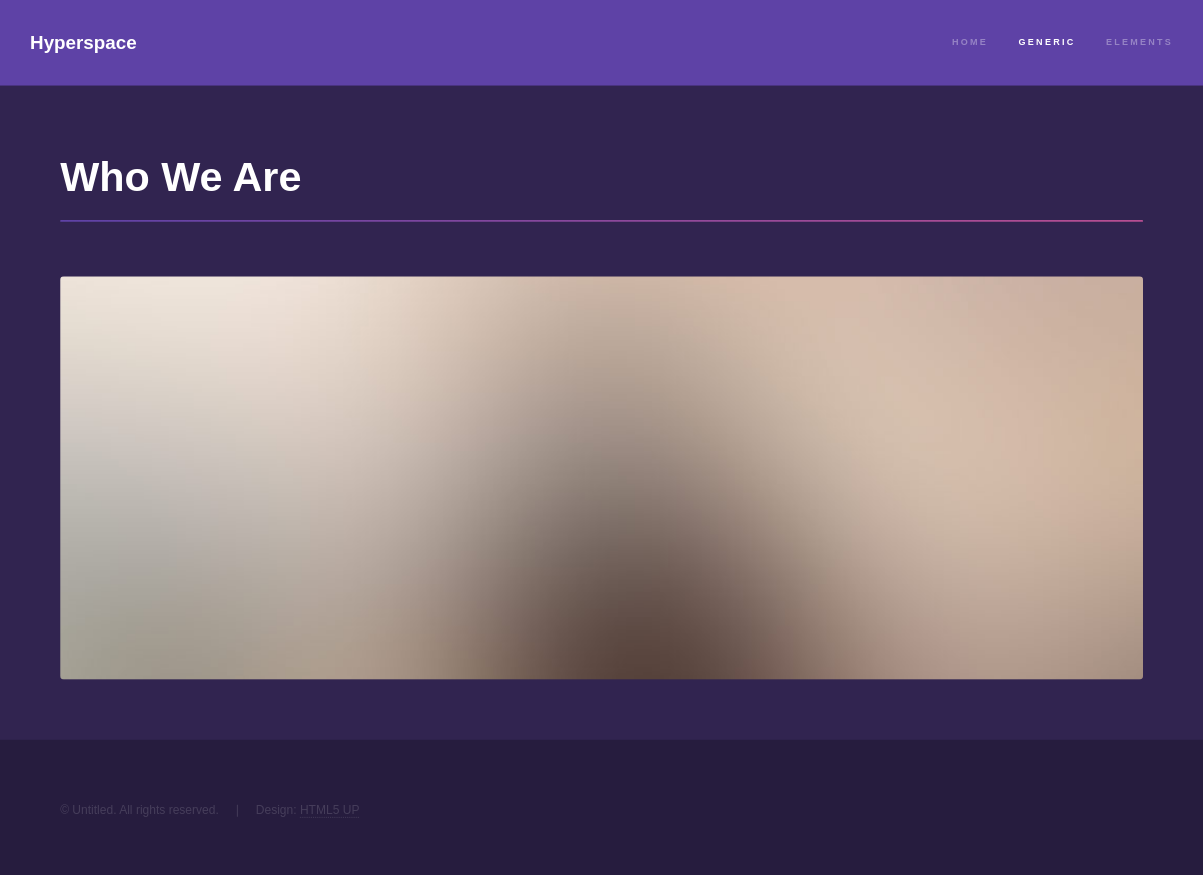
Repository: nocnoc94/nocnoc94.github.io
Page: who-we-are.html
The author's editor kept a copy of each file at every save. The page is drawn from the files as they stood at one save, then again after a run of saves.
The browser window is 1280 px wide. The pictures show the whole page, at 94% of full size.

Above is the page before, as saved 2024-02-21 22:19:40.

### who-we-are.html
<!DOCTYPE HTML>
<!--
	Hyperspace by HTML5 UP
	html5up.net | @ajlkn
	Free for personal and commercial use under the CCA 3.0 license (html5up.net/license)
-->
<html>
	<head>
		<title>Generic - Hyperspace by HTML5 UP</title>
		<meta charset="utf-8" />
		<meta name="viewport" content="width=device-width, initial-scale=1, user-scalable=no" />
		<link rel="stylesheet" href="/static/css/main.css" />
		<noscript><link rel="stylesheet" href="/static/css/noscript.css" /></noscript>
	</head>
	<body class="is-preload">

		<!-- Header -->
			<header id="header">
				<a href="index.html" class="title">Hyperspace</a>
				<nav>
					<ul>
						<li><a href="index.html">Home</a></li>
						<li><a href="generic.html" class="active">Generic</a></li>
						<li><a href="elements.html">Elements</a></li>
					</ul>
				</nav>
			</header>

		<!-- Wrapper -->
			<div id="wrapper">

				<!-- Main -->
					<section id="main" class="wrapper">
						<div class="inner">
							<h1 class="major">Who We Are</h1>
							<span class="image fit"><img src="/static/images/pic04.jpg" alt="" /></span>
							<p></p>
							<p></p>
							<p></p>
							<p></p>
							<p></p>
						</div>
					</section>

			</div>

		<!-- Footer -->
			<footer id="footer" class="wrapper alt">
				<div class="inner">
					<ul class="menu">
						<li>&copy; Untitled. All rights reserved.</li><li>Design: <a href="http://html5up.net">HTML5 UP</a></li>
					</ul>
				</div>
			</footer>

		<!-- Scripts -->
			<script src="/static/js/jquery.min.js"></script>
			<script src="/static/js/jquery.scrollex.min.js"></script>
			<script src="/static/js/jquery.scrolly.min.js"></script>
			<script src="/static/js/browser.min.js"></script>
			<script src="/static/js/breakpoints.min.js"></script>
			<script src="/static/js/util.js"></script>
			<script src="/static/js/main.js"></script>

	</body>
</html>

Loaded but not shown: static/js/jquery.min.js (library); static/js/jquery.scrollex.min.js (common file); static/css/fontawesome-all.min.css (library); static/js/jquery.scrolly.min.js (common file); static/js/browser.min.js (common file); static/js/breakpoints.min.js (common file); static/js/util.js (587 lines, source omitted); static/js/main.js (190 lines, source omitted); static/css/main.css (3909 lines, source omitted)

After the next 3 saves:
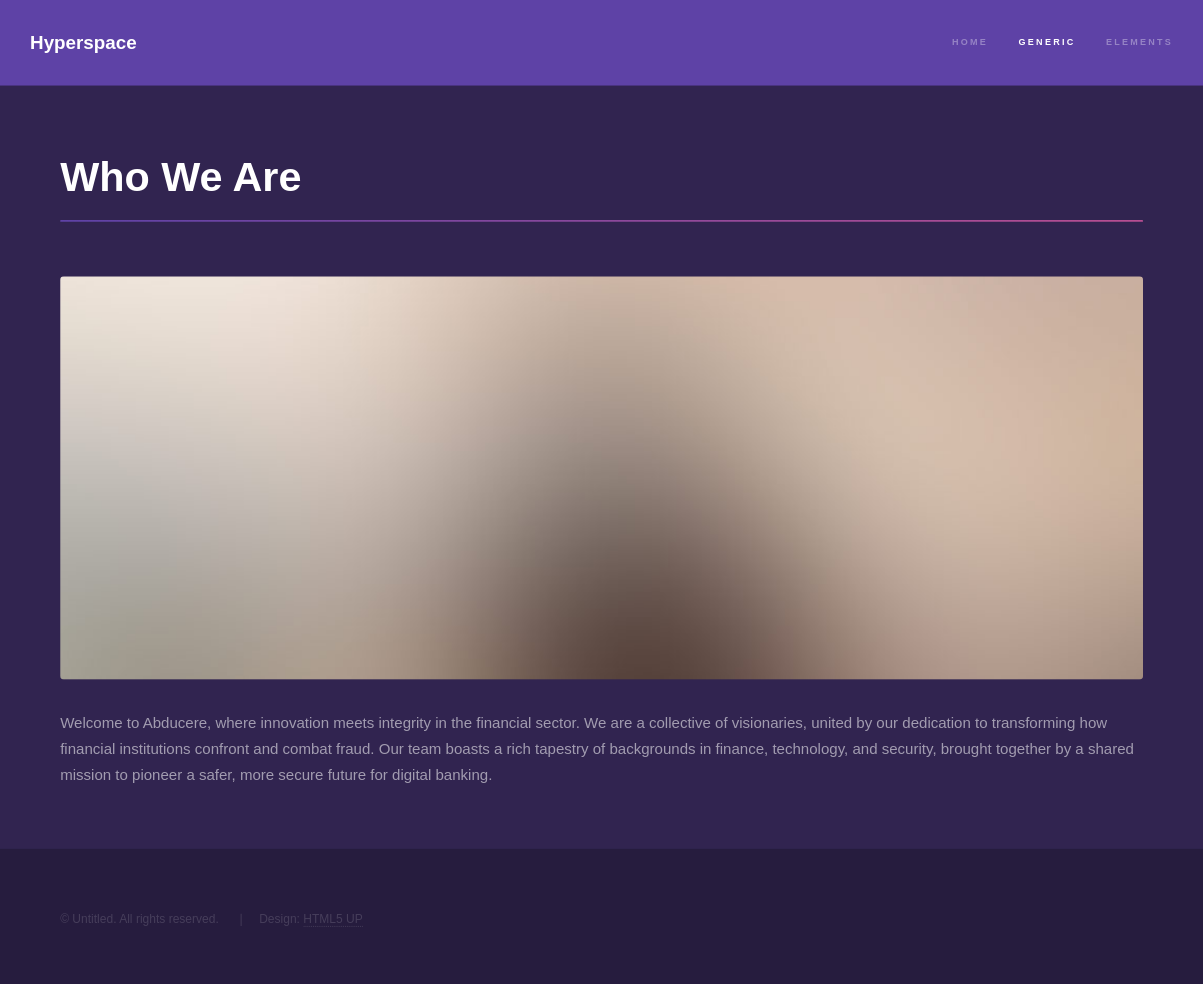
The 3 saves are shown as one change because they came seconds apart.
The last was saved 14 s later.
--- a/who-we-are.html
+++ b/who-we-are.html
@@ -5,62 +5,72 @@
 	Free for personal and commercial use under the CCA 3.0 license (html5up.net/license)
 -->
 <html>
-	<head>
-		<title>Generic - Hyperspace by HTML5 UP</title>
-		<meta charset="utf-8" />
-		<meta name="viewport" content="width=device-width, initial-scale=1, user-scalable=no" />
-		<link rel="stylesheet" href="/static/css/main.css" />
-		<noscript><link rel="stylesheet" href="/static/css/noscript.css" /></noscript>
-	</head>
-	<body class="is-preload">
 
-		<!-- Header -->
-			<header id="header">
-				<a href="index.html" class="title">Hyperspace</a>
-				<nav>
-					<ul>
-						<li><a href="index.html">Home</a></li>
-						<li><a href="generic.html" class="active">Generic</a></li>
-						<li><a href="elements.html">Elements</a></li>
-					</ul>
-				</nav>
-			</header>
+<head>
+	<title>Generic - Hyperspace by HTML5 UP</title>
+	<meta charset="utf-8" />
+	<meta name="viewport" content="width=device-width, initial-scale=1, user-scalable=no" />
+	<link rel="stylesheet" href="/static/css/main.css" />
+	<noscript>
+		<link rel="stylesheet" href="/static/css/noscript.css" />
+	</noscript>
+</head>
 
-		<!-- Wrapper -->
-			<div id="wrapper">
+<body class="is-preload">
 
-				<!-- Main -->
-					<section id="main" class="wrapper">
-						<div class="inner">
-							<h1 class="major">Who We Are</h1>
-							<span class="image fit"><img src="/static/images/pic04.jpg" alt="" /></span>
-							<p></p>
-							<p></p>
-							<p></p>
-							<p></p>
-							<p></p>
-						</div>
-					</section>
+	<!-- Header -->
+	<header id="header">
+		<a href="index.html" class="title">Hyperspace</a>
+		<nav>
+			<ul>
+				<li><a href="index.html">Home</a></li>
+				<li><a href="generic.html" class="active">Generic</a></li>
+				<li><a href="elements.html">Elements</a></li>
+			</ul>
+		</nav>
+	</header>
 
+	<!-- Wrapper -->
+	<div id="wrapper">
+
+		<!-- Main -->
+		<section id="main" class="wrapper">
+			<div class="inner">
+				<h1 class="major">Who We Are</h1>
+				<span class="image fit"><img src="/static/images/pic04.jpg" alt="" /></span>
+				<p>Welcome to Abducere, where innovation meets integrity in the financial sector. We are a collective of
+					visionaries, united by our dedication to transforming how financial institutions confront and combat
+					fraud. Our team boasts a rich tapestry of backgrounds in finance, technology, and security, brought
+					together by a shared mission to pioneer a safer, more secure future for digital banking.
+				</p>
+				<p></p>
+				<p></p>
+				<p></p>
+				<p></p>
 			</div>
+		</section>
 
-		<!-- Footer -->
-			<footer id="footer" class="wrapper alt">
-				<div class="inner">
-					<ul class="menu">
-						<li>&copy; Untitled. All rights reserved.</li><li>Design: <a href="http://html5up.net">HTML5 UP</a></li>
-					</ul>
-				</div>
-			</footer>
+	</div>
 
-		<!-- Scripts -->
-			<script src="/static/js/jquery.min.js"></script>
-			<script src="/static/js/jquery.scrollex.min.js"></script>
-			<script src="/static/js/jquery.scrolly.min.js"></script>
-			<script src="/static/js/browser.min.js"></script>
-			<script src="/static/js/breakpoints.min.js"></script>
-			<script src="/static/js/util.js"></script>
-			<script src="/static/js/main.js"></script>
+	<!-- Footer -->
+	<footer id="footer" class="wrapper alt">
+		<div class="inner">
+			<ul class="menu">
+				<li>&copy; Untitled. All rights reserved.</li>
+				<li>Design: <a href="http://html5up.net">HTML5 UP</a></li>
+			</ul>
+		</div>
+	</footer>
 
-	</body>
+	<!-- Scripts -->
+	<script src="/static/js/jquery.min.js"></script>
+	<script src="/static/js/jquery.scrollex.min.js"></script>
+	<script src="/static/js/jquery.scrolly.min.js"></script>
+	<script src="/static/js/browser.min.js"></script>
+	<script src="/static/js/breakpoints.min.js"></script>
+	<script src="/static/js/util.js"></script>
+	<script src="/static/js/main.js"></script>
+
+</body>
+
 </html>
